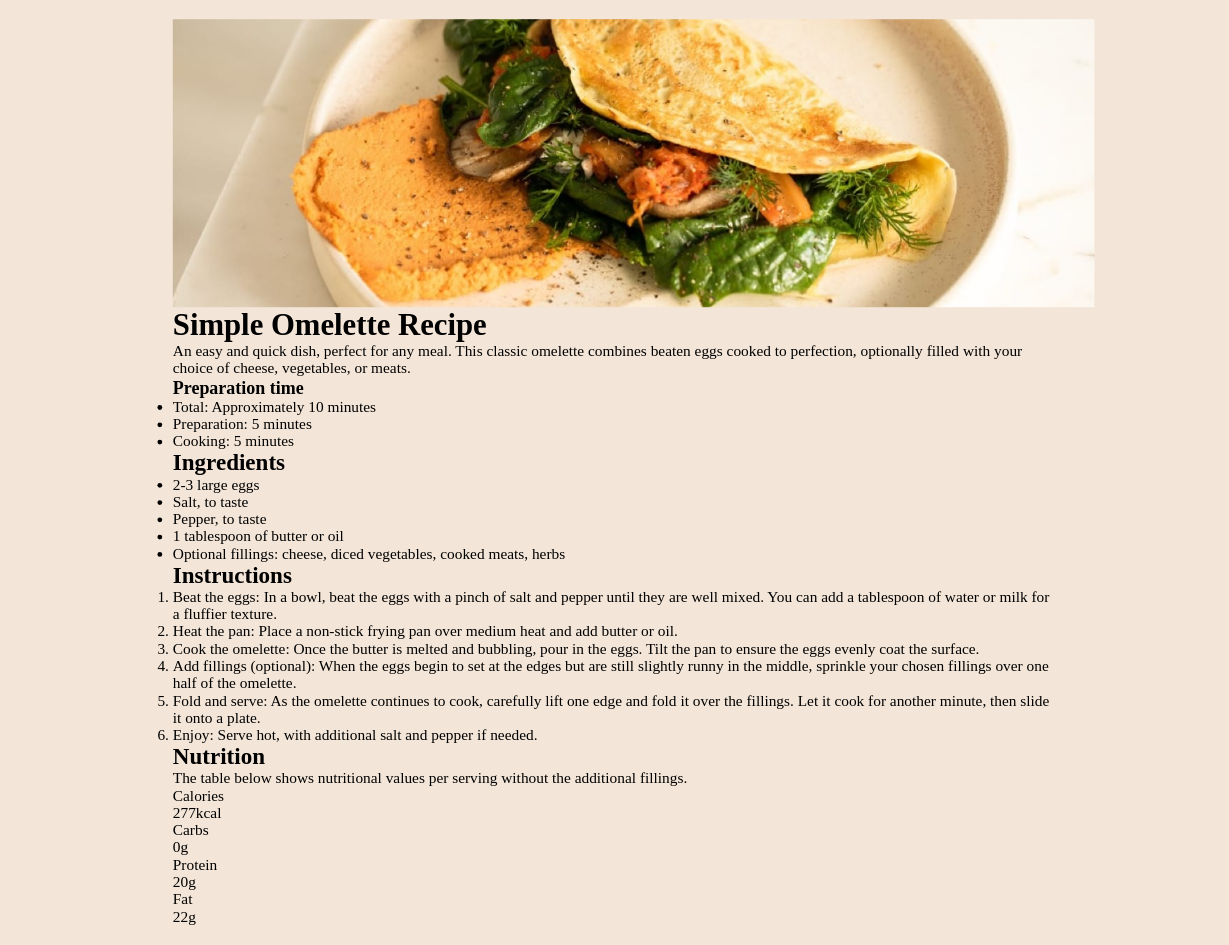
Repository: reemoon-ctrl/mine-recipe-page-main
Page: index1.html
An editor plug-in stored every save of this project. The page is shown before and after the next save, followed by the edit.
The browser window is 1280 px wide. The pictures show the whole page, at 96% of full size.

Above is the page before, as saved 2024-08-11 13:49:52.

### index1.html
<!DOCTYPE html>
<html lang="en">
<head>
    <meta charset="UTF-8">
    <meta name="viewport" content="width=device-width, initial-scale=1.0">
    <link rel="stylesheet" href="/style.css">
    <title>ommelette</title>
</head>
<body>
    <div class="container">
        <header>
          <div class="rec-img"></div>
        <h1>Simple Omelette Recipe</h1>

        <p>An easy and quick dish, perfect for any meal.
           This classic omelette combines beaten eggs cooked
          to perfection, optionally filled with your choice
          of cheese,
           vegetables, or meats.</p>
        </header>


        <h3>Preparation time</h3>


        <ul>
          <li>Total: Approximately 10 minutes</li>
          <li>Preparation: 5 minutes</li>
          <li>Cooking: 5 minutes</li>
        </ul>

        <h2>Ingredients</h2>
        <ul>
          <li>2-3 large eggs</li>
          <li>Salt, to taste</li>
          <li>Pepper, to taste</li>
          <li>1 tablespoon of butter or oil</li>
          <li>Optional fillings: cheese, diced vegetables, cooked meats, herbs</li>
        </ul>






        <h2>Instructions</h2>
        <ol>
          <li>Beat the eggs: In a bowl, beat the eggs with a pinch of salt and pepper until they are well mixed.
            You can add a tablespoon of water or milk for a fluffier texture.</li>
          <li>Heat the pan: Place a non-stick frying pan over medium heat and add butter or oil.</li>
          <li>Cook the omelette: Once the butter is melted and bubbling, pour in the eggs. Tilt the pan to ensure
            the eggs evenly coat the surface.</li>
          <li>Add fillings (optional): When the eggs begin to set at the edges but are still slightly runny in the
            middle, sprinkle your chosen fillings over one half of the omelette.</li>
          <li>Fold and serve: As the omelette continues to cook, carefully lift one edge and fold it over the
            fillings. Let it cook for another minute, then slide it onto a plate.</li>
          <li>Enjoy: Serve hot, with additional salt and pepper if needed.</li>
        </ol>

        <h2>Nutrition</h2>

        <p>The table below shows nutritional values per serving without the additional fillings.</p>

        <div>Calories</div>
        <div>277kcal</div>

        <div>Carbs</div>
        <div>0g</div>

        <div>Protein</div>
        <div>20g</div>

        <div>Fat</div>
        <div>22g</div>

      </div>
</body>
</html>

### style.css
*{
    padding: 0;
    margin: 0;
    box-sizing: border-box;
}
body{
    height: 100vh;
    width: 100vw;
    background: hsl(30, 54%, 90%);
}
.rec-img{
    width: 960px;
    height: 300px;
    background: url(/image-omelette.jpeg)no-repeat center center/cover;
}
.container{
    background: ;
    border-radius: 20px;
    margin: auto;
    max-width:960px;
    padding: 20px;
}

After the next save:
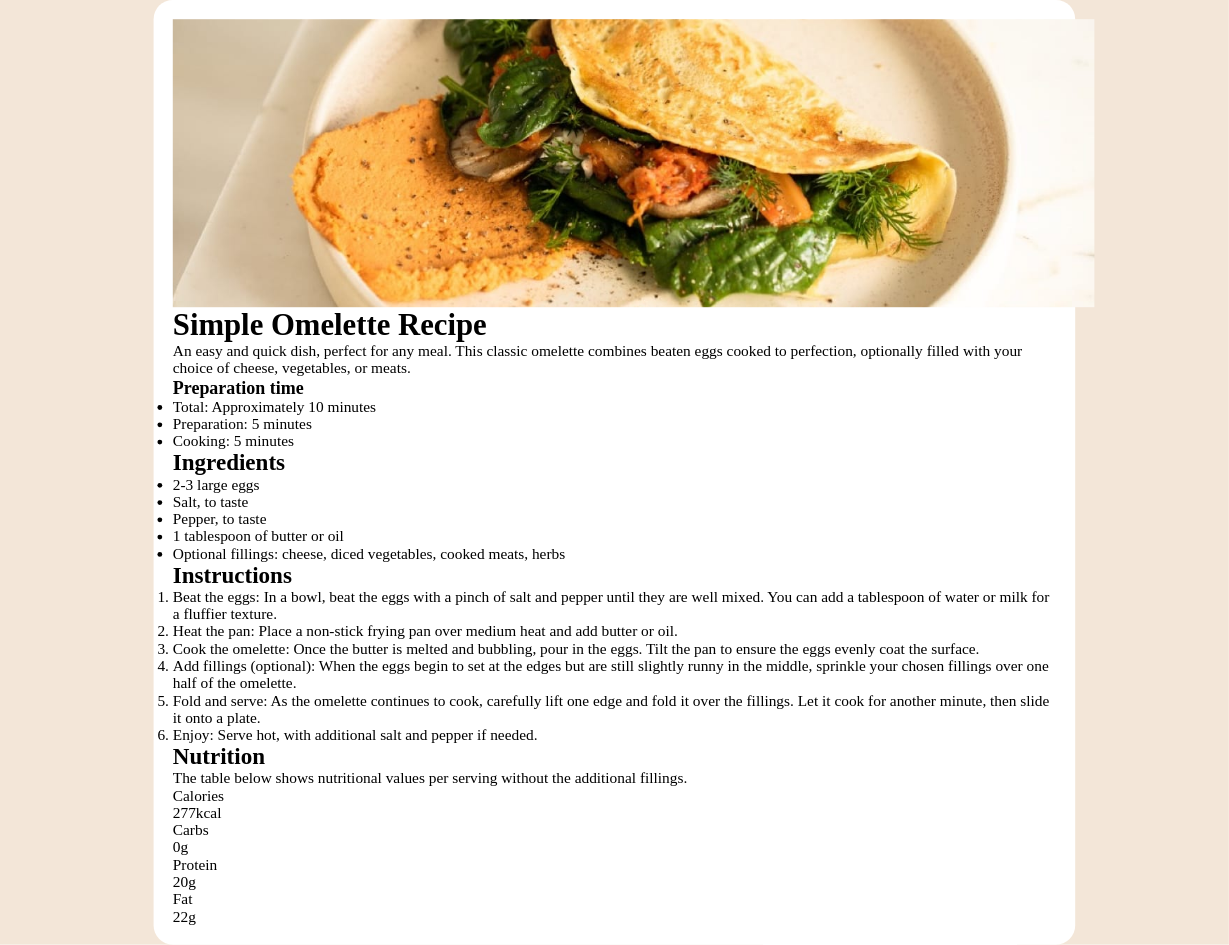
Saved 5 s later.
--- a/style.css
+++ b/style.css
@@ -14,7 +14,7 @@ body{
     background: url(/image-omelette.jpeg)no-repeat center center/cover;
 }
 .container{
-    background: ;
+    background: #fff;
     border-radius: 20px;
     margin: auto;
     max-width:960px;
